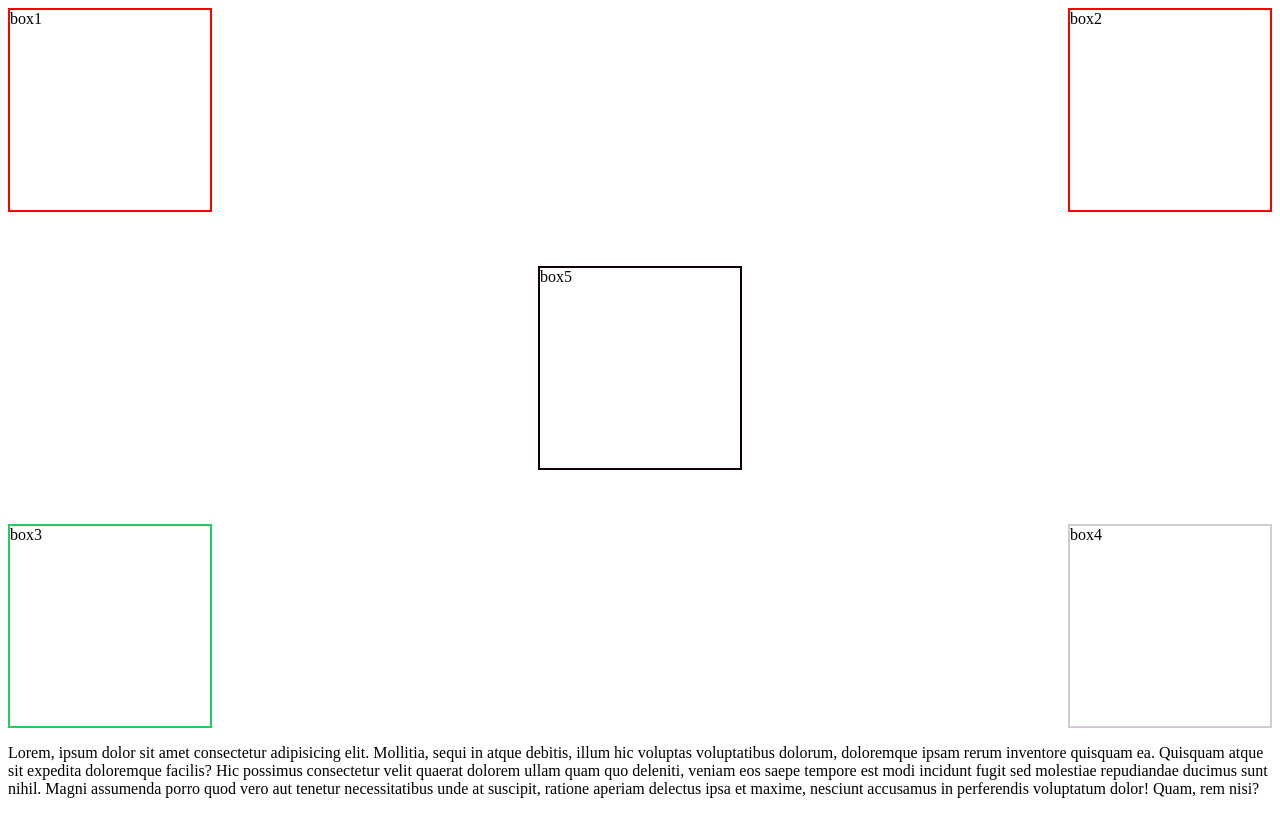
Repository: ABDUSALIMSUBAHIELBASHI/full-html-css-js
Page: Desktop/coding/css/index.html
An editor plug-in stored every save of this project. The page is shown before and after the next save, followed by the edit.
The browser window is 1280 px wide. The pictures show the whole page.

Above is the page before, as saved 2025-09-16 09:07:30.

After the next save:
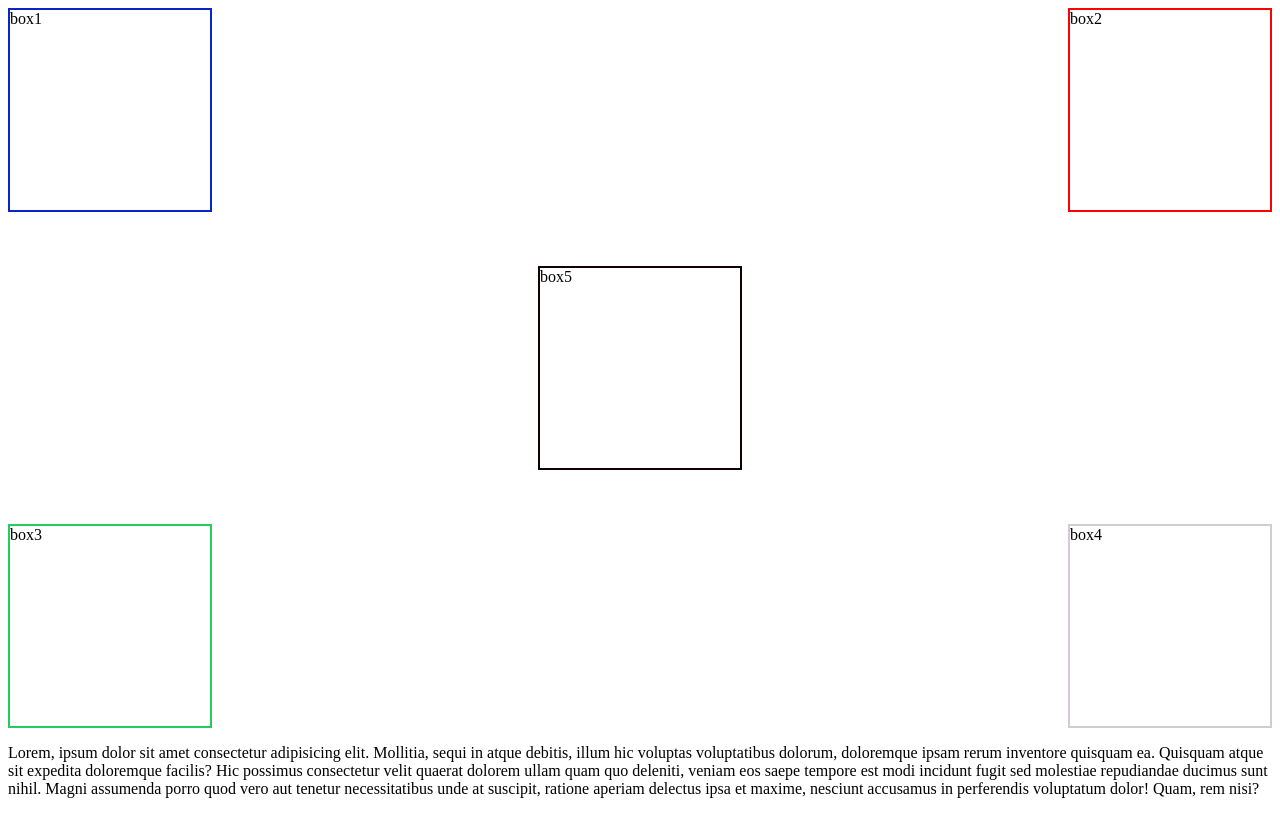
Saved 38 s later.
--- a/Desktop/coding/css/index.html
+++ b/Desktop/coding/css/index.html
@@ -11,7 +11,7 @@
         .box1 {
             width: 200px;
             height: 200px;
-            border: 2px solid red;
+            border: 2px solid rgb(8, 37, 201);
             position: absolute;
             top: 0px;
             left: 0px;
